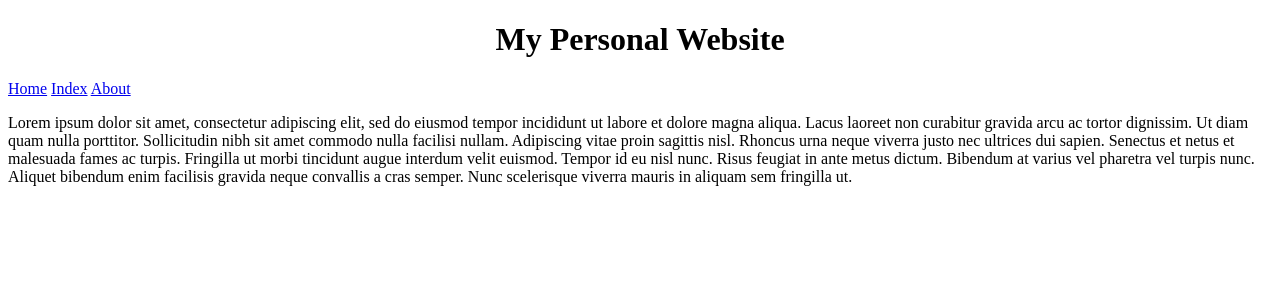
Repository: Melinda-Nanjad-Personal-Website/Personal-web
Page: about.html
These files come from the project's save history. The page is drawn as it stood at one moment and after the next save; the edit follows.
The browser window is 1280 px wide. The pictures show the whole page.

Above is the page before, as saved 2023-07-21 17:09:15.

### about.html
<!DOCTYPE html>
<html lang="en">
<head>
    <meta charset="UTF-8">
    <meta name="viewport" content="width=device-width, initial-scale=1.0">
    <title>Personal Website</title>
</head>
<header>
    <center>
        <h1>My Personal Website</h1>

</header>
<nav>
    <a class="active" href="/home.html">Home</a>
    <a class="active" href="/Index.html">Index</a>
    <a class="active" href="/about.html">About</a>

        </nav> </center>
<body>
    <P>Lorem ipsum dolor sit amet, consectetur adipiscing elit, sed do eiusmod tempor incididunt ut labore et dolore magna aliqua. Lacus laoreet non curabitur gravida arcu ac tortor dignissim. Ut diam quam nulla porttitor. Sollicitudin nibh sit amet commodo nulla facilisi nullam. Adipiscing vitae proin sagittis nisl. Rhoncus urna neque viverra justo nec ultrices dui sapien. Senectus et netus et malesuada fames ac turpis. Fringilla ut morbi tincidunt augue interdum velit euismod. Tempor id eu nisl nunc. Risus feugiat in ante metus dictum. Bibendum at varius vel pharetra vel turpis nunc. Aliquet bibendum enim facilisis gravida neque convallis a cras semper. Nunc scelerisque viverra mauris in aliquam sem fringilla ut.</P>
</body>
</html>

After the next save:
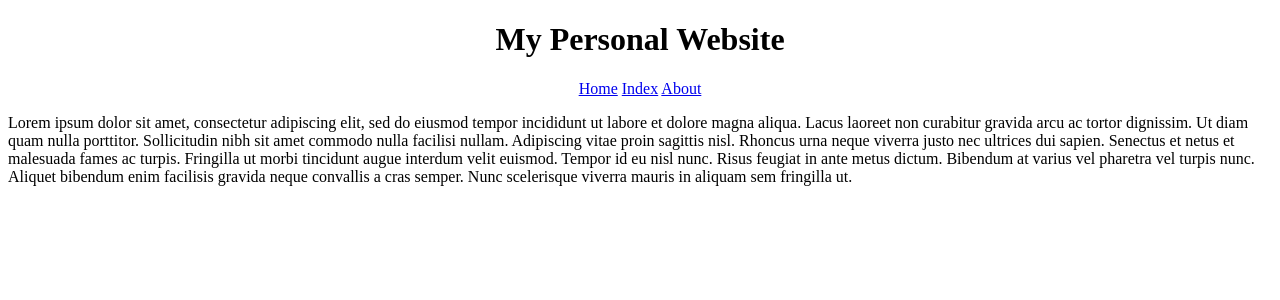
Saved 64 s later.
--- a/about.html
+++ b/about.html
@@ -8,8 +8,8 @@
 <header>
     <center>
         <h1>My Personal Website</h1>
-
-</header>
+    </center>
+</header> <center>
 <nav>
     <a class="active" href="/home.html">Home</a>
     <a class="active" href="/Index.html">Index</a>
